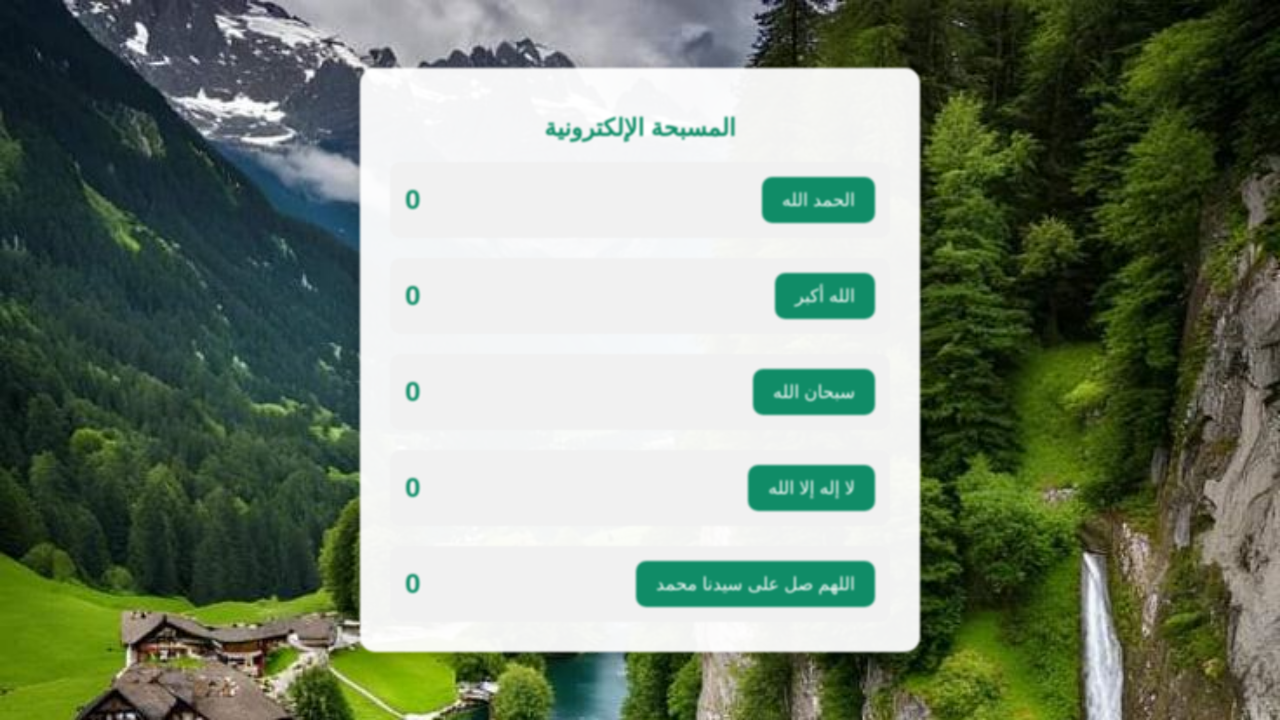
Repository: ShahdKItany/Electronic-Rosary
Page: index.html
The author's editor kept a copy of each file at every save. The page is drawn from the files as they stood at one save, then again after the next save.
The browser window is 1280 px wide. The pictures show the whole page.

Above is the page before, as saved 2024-10-23 01:05:29.

### index.html
<!DOCTYPE html>
<html lang="ar">
<head>
  <meta charset="UTF-8">
  <meta name="viewport" content="width=device-width, initial-scale=1.0">
  <link rel="stylesheet" href="styles.css">
  <title>المسبحة الإلكترونية</title>
</head>
<body>
  <div class="container">
    <h1 class="title">المسبحة الإلكترونية</h1>
    <div class="button-container">
      <div class="button-group">
        <span id="counter1" class="counter">0</span>
        <button id="incrementButton1">الحمد الله</button>
      </div>
      <div class="button-group">
        <span id="counter2" class="counter">0</span>
        <button id="incrementButton2">الله أكبر</button>
      </div>
      <div class="button-group">
        <span id="counter3" class="counter">0</span>
        <button id="incrementButton3">سبحان الله</button>
      </div>
      <div class="button-group">
        <span id="counter4" class="counter">0</span>
        <button id="incrementButton4">لا إله إلا الله</button>

      </div>
      <div class="button-group">
        <span id="counter5" class="counter">0</span>
        <button id="incrementButton5">اللهم صل على سيدنا محمد</button>

      </div>
    </div>
  </div>

  <script src="main.js"></script>
</body>
</html>

### styles.css
body {
    font-family: 'Arial', sans-serif;
    background: url('image1.jpg'); /* تأكد من أن الصورة موجودة في المسار الصحيح */
    background-size: cover; /* لتغطية كامل الخلفية */
    display: flex;
    justify-content: center;
    align-items: center;
    height: 100vh;
    margin: 0;
    filter: blur(1px); /* زيادة الضبابية قليلاً لجعل الخلفية أكثر وضوحاً */
}

.container {
    text-align: center;
    background: rgba(255, 255, 255, 0.95); /* لون الخلفية مع شفافية أقل لجعل النص أكثر وضوحًا */
    border-radius: 15px;
    box-shadow: 0 4px 30px rgba(0, 0, 0, 0.3); /* زيادة شدة الظل لزيادة الوضوح */
    padding: 30px;
    max-width: 500px;
    width: 90%;
    position: relative; /* تهيئة موضع العناصر */
    z-index: 1; /* جلب الحاوية للأمام */
}

.title {
    color: #108c67; /* تغيير لون العنوان ليتماشى مع الأزرار */
    margin-bottom: 20px;
    font-size: 24px;
    font-weight: bold;
    text-shadow: 1px 1px 2px rgba(255, 255, 255, 0.8); /* إضافة تأثير ظل للنص لتحسين الوضوح */
}

.button-container {
    display: flex;
    flex-direction: column;
    gap: 20px;
}

.button-group {
    display: flex;
    justify-content: space-between;
    align-items: center;
    background-color: #f1f1f1;
    border-radius: 10px;
    padding: 15px;
    transition: background-color 0.3s;
}

.button-group:hover {
    background-color: #e0e0e0;
}

button {
    background-color: #108c67; /* لون الزر */
    color: white;
    border: none;
    border-radius: 10px;
    padding: 12px 20px;
    cursor: pointer;
    font-size: 18px;
    transition: background-color 0.3s, transform 0.1s;
}

button:hover {
    background-color: #79e67d; /* تغيير لون الزر عند التحويم */
    transform: translateY(-2px);
}

.counter {
    font-size: 28px;
    color: #108c67; /* لون العدادات */
    font-weight: bold;
    text-shadow: 1px 1px 2px rgba(255, 255, 255, 0.8); /* إضافة تأثير ظل للنص */
}

### main.js
const incrementButton1 = document.getElementById('incrementButton1');
const incrementButton2 = document.getElementById('incrementButton2');
const incrementButton3 = document.getElementById('incrementButton3');
const incrementButton4 = document.getElementById('incrementButton4');
const incrementButton5 = document.getElementById('incrementButton5');

const counterElement1 = document.getElementById('counter1');
const counterElement2 = document.getElementById('counter2');
const counterElement3 = document.getElementById('counter3');
const counterElement4 = document.getElementById('counter4');
const counterElement5 = document.getElementById('counter5');

let counterValue1 = 0;
let counterValue2 = 0;
let counterValue3 = 0;
let counterValue4 = 0;
let counterValue5 = 0;

incrementButton1.addEventListener('click', function() {
  counterElement1.textContent = ++counterValue1;
});

incrementButton2.addEventListener('click', function() {
  counterElement2.textContent = ++counterValue2;
});

incrementButton3.addEventListener('click', function() {
  counterElement3.textContent = ++counterValue3;
});

incrementButton4.addEventListener('click', function() {
  counterElement4.textContent = ++counterValue4;
});

incrementButton5.addEventListener('click', function() {
  counterElement5.textContent = ++counterValue5;
});

After the next save:
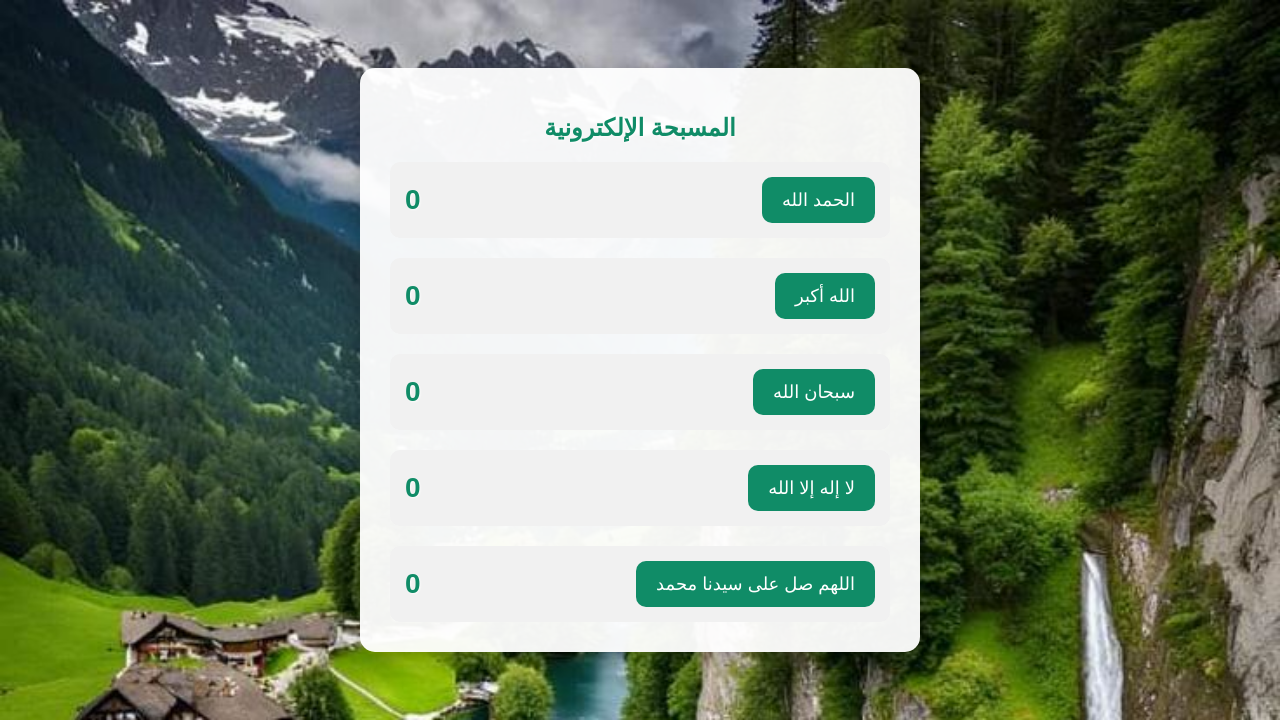
Saved 4 s later.
--- a/styles.css
+++ b/styles.css
@@ -7,7 +7,7 @@ body {
     align-items: center;
     height: 100vh;
     margin: 0;
-    filter: blur(1px); /* زيادة الضبابية قليلاً لجعل الخلفية أكثر وضوحاً */
+    /*filter: blur(1px); /* زيادة الضبابية قليلاً لجعل الخلفية أكثر وضوحاً */
 }
 
 .container {
